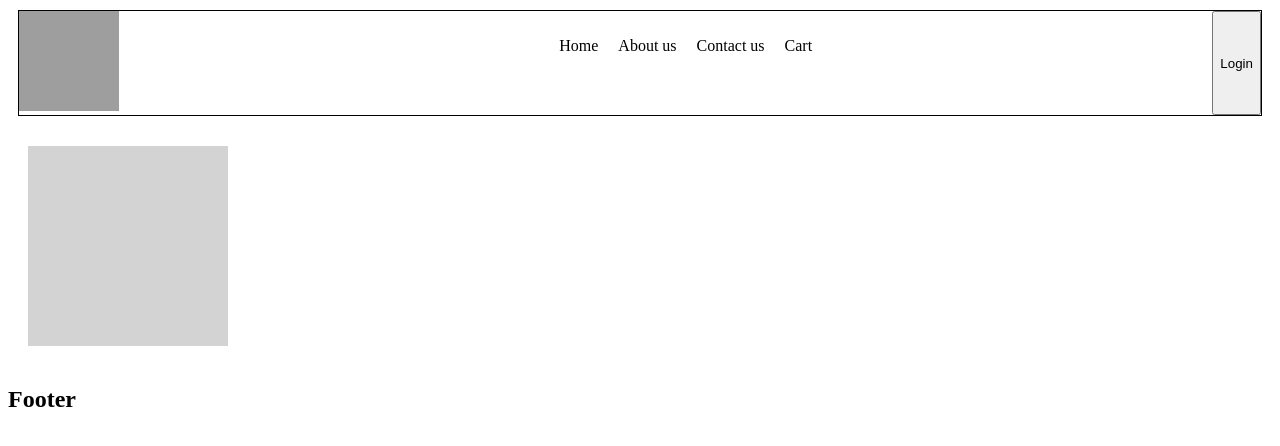
Repository: shivamv97/FOOD-VILLA-APP
Page: /
An editor plug-in stored every save of this project. The page is shown before and after the next save, followed by the edit.
The browser window is 1280 px wide. The pictures show the whole page.
Pictures or frames that could not be fetched are drawn as grey boxes. The page's requests for data from a server got no answer. The project was rebuilt for these pictures with package versions that can differ from the ones it lists, and the page was loaded fresh each time. No one was signed in, and anything a server would have sent is missing. Also part of the build but not shown: src/components/RestaurantCards.js.

Above is the page before, as saved 2024-08-02 19:04:43.

### index.html
<!DOCTYPE html>
<html lang="en">
  <head>
    <meta charset="UTF-8" />
    <meta name="viewport" content="width=device-width, initial-scale=1.0" />
    <title>Learning REACT</title>
    <link rel="stylesheet" href="style.css" />
  </head>
  <body>
    <div id="root">Not Rendered</div>
    <!-- <script
      crossorigin
      src="https://unpkg.com/react@18/umd/react.development.js"
    ></script>
    <script
      crossorigin
      src="https://unpkg.com/react-dom@18/umd/react-dom.development.js"
    ></script> -->
    <script type="module" src="src/App.js"></script>
  </body>
</html>

### style.css
.header {
  display: flex;
  justify-content: space-between;
  margin: 10px;
  border: 1px solid black;
}
.nav-items > ul {
  list-style-type: none;
  display: flex;
}

.nav-items > ul > li {
  padding: 10px;
}
.logo {
  width: 100px;
  height: 100px;
}

.card {
  width: 255px;
  border: 1px solid black;
  padding: 10px;
  margin: 10px;
  overflow-wrap: break-word;
}

.card > img {
  width: 100%;
}

.restaurant-list {
  display: flex;
  flex-wrap: wrap;
}

.shimmer-card {
  width: 200px;
  height: 200px;
  background: lightgrey;
  margin: 20px;
}

### src/App.js
import React from "react";
import ReactDOM from "react-dom/client";
import HeaderComponent from "./components/Title";
import Body from "./components/Body";
import Footer from "./components/Footer";

/*
Header
   -logo
   -Nav item(right side)
   -cart
Body
   -Search bar
   -RestrauntList
     -RestrauntCard
     -Image
     -Name
     -Ratings
     -Cusines
Footer
     -Links
     -Copyrigh
*/

const AppLayout = () => {
  return (
    <>
      <HeaderComponent />
      <Body />
      <Footer />
    </>
  );
};

const root = ReactDOM.createRoot(document.getElementById("root"));

root.render(<AppLayout />); //it will override children of div element

### src/components/Title.js
import { useState } from "react";

const LoggedInUser = () => {
  //API used for authentication
  return true;
};

const Title = () => (
  <a href="/ ">
    <img
      className="logo"
      alt="logo"
      src="https://encrypted-tbn0.gstatic.com/images?q=tbn:ANd9GcTJtFXKFKFoihdrJEvX4jBtXqfcO2kJ0KAlIg&s"
    />
  </a>
);

const HeaderComponent = () => {
  const [isLoggedIn, setisLoggedIn] = useState(false);
  return (
    <div className="header">
      <Title />
      <div className="nav-items">
        <ul>
          <li>Home</li>
          <li>About us</li>
          <li>Contact us</li>
          <li>Cart</li>
        </ul>
      </div>
      {isLoggedIn ? (
        <button onClick={() => setisLoggedIn(false)}>Logout</button>
      ) : (
        <button onClick={() => setisLoggedIn(true)}>Login</button>
      )}
    </div>
  );
};

export default HeaderComponent;

### src/components/Body.js
import { restaurantlist } from "../config";
import RestrauntCard from "./RestaurantCards";
import { useState, useEffect } from "react";
import Shimmer from "./shimmer";

function filterdata(searchText, restaurants) {
  return restaurants.filter((restaurant) =>
    restaurant.info.name.toLowerCase().includes(searchText.toLowerCase())
  );
}

const Body = () => {
  // const searchTxt = "KFC"; //for reference...(IN JS)
  const [AllRestaurants, setAllRestaurants] = useState([]);
  const [FilteredRestaurants, setFilteredRestaurants] = useState([]); //restaurantlist
  const [searchText, setsearchText] = useState(""); //To create state variable.......(IN REACT)
  // console.log("render()");

  useEffect(() => {
    //API call
    GetRestaurants();
  }, []);

  async function GetRestaurants() {
    const data = await fetch(
      "https://www.swiggy.com/dapi/restaurants/list/v5?lat=28.7040592&lng=77.10249019999999&collection=83667"
    );
    const json = await data.json();
    console.log(json);
    //you have to make change only in line 32,in cards[i],where i is keep changing in the above api link,try from 0-11
    //it's an config-driven UI,Hence,it's Grid Element position keeps on changing.......
    setAllRestaurants(
      json?.data?.cards[1]?.card?.card?.gridElements?.infoWithStyle?.restaurants
    );
    setFilteredRestaurants(
      json?.data?.cards[1]?.card?.card?.gridElements?.infoWithStyle?.restaurants
    );
  }

  console.log("render");

  //Don't render component(Early Return)
  // if (!AllRestaurants) return null;
  // if (FilteredRestaurants?.length === 0) return <h1>No Restaurants Found!</h1>;

  //Conditional rendering
  return AllRestaurants?.length == 0 ? (
    <Shimmer />
  ) : (
    <>
      <div className="search-box">
        <input
          type="text"
          className="search-input"
          placeholder="Search"
          value={searchText}
          onChange={(e) => {
            setsearchText(e.target.value);
          }}
        />
        <button
          className="search-btn"
          onClick={() => {
            //filter the data according to need
            const data = filterdata(searchText, AllRestaurants);
            setFilteredRestaurants(data);
            //need to update the state-restaurants
          }}
        >
          Search
        </button>
      </div>
      <div className="restaurant-list">
        {
          FilteredRestaurants.map((restaurant) => {
            return (
              <RestrauntCard key={restaurant.info.id} {...restaurant.info} />
            );
          })
          //H.W. => 1.PROPER PLACE FOR NO RESTAURANTS FOUND   2.SEARCH WENT OFF WHEN IT IS SHOWING NO RESTAURANTS FOUND..........
        }
      </div>
    </>
  );
};

export default Body;

### src/components/Footer.js
const Footer = () => {
  return <h2>Footer</h2>;
};

export default Footer;

### src/config.js
//PUT MY all Hard Coded File Here
export const Img_cdn_url =
  "https://media-assets.swiggy.com/swiggy/image/upload/fl_lossy,f_auto,q_auto,w_660/";

//Config Driven UI
export const restaurantlist = [
  //public API of Swiggy
  {
    "@type": "type.googleapis.com/swiggy.presentation.food.v2.Restaurant",
    info: {
      id: "8561",
      name: "Mughlai Junction",
      cloudinaryImageId: "tnl2yuuxi8zjbgru6iqj",
      locality: "Connaught Place",
      areaName: "Connaught Place",
      costForTwo: "₹600 for two",
      cuisines: ["Mughlai", "North Indian", "Tandoor"],
      avgRating: 4.3,
      parentId: "5354",
      avgRatingString: "4.3",
      totalRatingsString: "10K+",
      promoted: true,
      adTrackingId:
        "cid=15007607~p=0~adgrpid=15007607#ag1~mp=SWIGGY_IN~bl=FOOD~aet=RESTAURANT~aeid=8561~eid=321f01bc-98c6-405c-89d6-b18422bb8f70~srvts=1721229990431~collid=83639",
      sla: {
        deliveryTime: 37,
        lastMileTravel: 4.8,
        serviceability: "SERVICEABLE",
        slaString: "35-40 mins",
        lastMileTravelString: "4.8 km",
        iconType: "ICON_TYPE_EMPTY",
      },
      availability: {
        nextCloseTime: "2024-07-17 23:00:00",
        opened: true,
      },
      badges: {},
      isOpen: true,
      type: "F",
      badgesV2: {
        entityBadges: {
          textExtendedBadges: {},
          textBased: {},
          imageBased: {},
        },
      },
      aggregatedDiscountInfoV3: {
        header: "10% OFF",
        subHeader: "UPTO ₹35",
      },
      orderabilityCommunication: {
        title: {},
        subTitle: {},
        message: {},
        customIcon: {},
      },
      differentiatedUi: {
        displayType: "ADS_UI_DISPLAY_TYPE_ENUM_DEFAULT",
        differentiatedUiMediaDetails: {
          mediaType: "ADS_MEDIA_ENUM_IMAGE",
          lottie: {},
          video: {},
        },
      },
      reviewsSummary: {},
      displayType: "RESTAURANT_DISPLAY_TYPE_DEFAULT",
      restaurantOfferPresentationInfo: {},
      externalRatings: {
        aggregatedRating: {
          rating: "4.4",
          ratingCount: "1K+",
        },
        source: "GOOGLE",
        sourceIconImageId: "v1704440323/google_ratings/rating_google_tag",
      },
      ratingsDisplayPreference: "RATINGS_DISPLAY_PREFERENCE_SHOW_SWIGGY",
    },
    analytics: {},
    cta: {
      link: "swiggy://menu?restaurant_id=8561&source=collection&query=Biryani",
      text: "RESTAURANT_MENU",
      type: "DEEPLINK",
    },
    widgetId: "collectionV5RestaurantListWidget_SimRestoRelevance_food",
  },

  {
    "@type": "type.googleapis.com/swiggy.presentation.food.v2.Restaurant",
    info: {
      id: "817359",
      name: "Zahra Restaurant & Cafe",
      cloudinaryImageId: "asaqtuuszx7hzmxpnfpo",
      locality: "Old Delhi",
      areaName: "Old Delhi",
      costForTwo: "₹300 for two",
      cuisines: ["Indian", "Tandoor", "Kebabs", "Snacks", "Biryani"],
      avgRating: 4.3,
      parentId: "229129",
      avgRatingString: "4.3",
      totalRatingsString: "100+",
      sla: {
        deliveryTime: 29,
        lastMileTravel: 1.3,
        serviceability: "SERVICEABLE",
        slaString: "25-30 mins",
        lastMileTravelString: "1.3 km",
        iconType: "ICON_TYPE_EMPTY",
      },
      availability: {
        nextCloseTime: "2024-07-17 22:59:00",
        opened: true,
      },
      badges: {},
      isOpen: true,
      type: "F",
      badgesV2: {
        entityBadges: {
          textExtendedBadges: {},
          textBased: {},
          imageBased: {},
        },
      },
      aggregatedDiscountInfoV3: {
        header: "50% OFF",
        subHeader: "UPTO ₹100",
      },
      orderabilityCommunication: {
        title: {},
        subTitle: {},
        message: {},
        customIcon: {},
      },
      differentiatedUi: {
        displayType: "ADS_UI_DISPLAY_TYPE_ENUM_DEFAULT",
        differentiatedUiMediaDetails: {
          mediaType: "ADS_MEDIA_ENUM_IMAGE",
          lottie: {},
          video: {},
        },
      },
      reviewsSummary: {},
      displayType: "RESTAURANT_DISPLAY_TYPE_DEFAULT",
      restaurantOfferPresentationInfo: {},
      externalRatings: {
        aggregatedRating: {
          rating: "--",
        },
      },
      ratingsDisplayPreference: "RATINGS_DISPLAY_PREFERENCE_SHOW_SWIGGY",
    },
    analytics: {},
    cta: {
      link: "swiggy://menu?restaurant_id=817359&source=collection&query=Biryani",
      text: "RESTAURANT_MENU",
      type: "DEEPLINK",
    },
    widgetId: "collectionV5RestaurantListWidget_SimRestoRelevance_food",
  },

  {
    "@type": "type.googleapis.com/swiggy.presentation.food.v2.Restaurant",
    info: {
      id: "81523",
      name: "Amma Mess",
      cloudinaryImageId: "a09jpzja1zusso85bbmz",
      locality: "Karol Bagh",
      areaName: "Karol Bagh",
      costForTwo: "₹300 for two",
      cuisines: ["South Indian"],
      avgRating: 4.5,
      parentId: "15687",
      avgRatingString: "4.5",
      totalRatingsString: "10K+",
      promoted: true,
      adTrackingId:
        "cid=15010070~p=1~adgrpid=15010070#ag1~mp=SWIGGY_IN~bl=FOOD~aet=RESTAURANT~aeid=81523~eid=b2807d99-426d-4265-8bac-9448c8101a5f~srvts=1721229990431~collid=83639",
      sla: {
        deliveryTime: 37,
        lastMileTravel: 6.3,
        serviceability: "SERVICEABLE",
        slaString: "35-40 mins",
        lastMileTravelString: "6.3 km",
        iconType: "ICON_TYPE_EMPTY",
      },
      availability: {
        nextCloseTime: "2024-07-17 22:30:00",
        opened: true,
      },
      badges: {},
      isOpen: true,
      aggregatedDiscountInfoV2: {},
      type: "F",
      badgesV2: {
        entityBadges: {
          textBased: {},
          imageBased: {},
          textExtendedBadges: {},
        },
      },
      orderabilityCommunication: {
        title: {},
        subTitle: {},
        message: {},
        customIcon: {},
      },
      differentiatedUi: {
        displayType: "ADS_UI_DISPLAY_TYPE_ENUM_DEFAULT",
        differentiatedUiMediaDetails: {
          mediaType: "ADS_MEDIA_ENUM_IMAGE",
          lottie: {},
          video: {},
        },
      },
      reviewsSummary: {},
      displayType: "RESTAURANT_DISPLAY_TYPE_DEFAULT",
      restaurantOfferPresentationInfo: {},
      externalRatings: {
        aggregatedRating: {
          rating: "4.2",
          ratingCount: "1K+",
        },
        source: "GOOGLE",
        sourceIconImageId: "v1704440323/google_ratings/rating_google_tag",
      },
      ratingsDisplayPreference: "RATINGS_DISPLAY_PREFERENCE_SHOW_SWIGGY",
    },
    analytics: {},
    cta: {
      link: "swiggy://menu?restaurant_id=81523&source=collection&query=Biryani",
      text: "RESTAURANT_MENU",
      type: "DEEPLINK",
    },
    widgetId: "collectionV5RestaurantListWidget_SimRestoRelevance_food",
  },

  {
    "@type": "type.googleapis.com/swiggy.presentation.food.v2.Restaurant",
    info: {
      id: "144716",
      name: "Mughlai Invitation",
      cloudinaryImageId: "a4530760ed2ff35b487605618cc6dc45",
      areaName: "Chandni Chowk",
      costForTwo: "₹200 for two",
      cuisines: ["Indian", "Mughlai", "Biryani", "Sweets"],
      avgRating: 4.6,
      parentId: "141076",
      avgRatingString: "4.6",
      totalRatingsString: "100+",
      sla: {
        deliveryTime: 30,
        lastMileTravel: 1.5,
        serviceability: "SERVICEABLE",
        slaString: "30-35 mins",
        lastMileTravelString: "1.5 km",
        iconType: "ICON_TYPE_EMPTY",
      },
      availability: {
        nextCloseTime: "2024-07-17 22:59:00",
        opened: true,
      },
      badges: {},
      isOpen: true,
      aggregatedDiscountInfoV2: {},
      type: "F",
      badgesV2: {
        entityBadges: {
          textExtendedBadges: {},
          textBased: {},
          imageBased: {},
        },
      },
      orderabilityCommunication: {
        title: {},
        subTitle: {},
        message: {},
        customIcon: {},
      },
      differentiatedUi: {
        displayType: "ADS_UI_DISPLAY_TYPE_ENUM_DEFAULT",
        differentiatedUiMediaDetails: {
          mediaType: "ADS_MEDIA_ENUM_IMAGE",
          lottie: {},
          video: {},
        },
      },
      reviewsSummary: {},
      displayType: "RESTAURANT_DISPLAY_TYPE_DEFAULT",
      restaurantOfferPresentationInfo: {},
      externalRatings: {
        aggregatedRating: {
          rating: "4.8",
          ratingCount: "100+",
        },
        source: "GOOGLE",
        sourceIconImageId: "v1704440323/google_ratings/rating_google_tag",
      },
      ratingsDisplayPreference: "RATINGS_DISPLAY_PREFERENCE_SHOW_SWIGGY",
    },
    analytics: {},
    cta: {
      link: "swiggy://menu?restaurant_id=144716&source=collection&query=Biryani",
      text: "RESTAURANT_MENU",
      type: "DEEPLINK",
    },
    widgetId: "collectionV5RestaurantListWidget_SimRestoRelevance_food",
  },

  {
    "@type": "type.googleapis.com/swiggy.presentation.food.v2.Restaurant",
    info: {
      id: "64321",
      name: "Southern Masala",
      cloudinaryImageId: "14527e27a298304dd07904f777372cb5",
      locality: "Karol Bagh",
      areaName: "Karol Bagh",
      costForTwo: "₹350 for two",
      cuisines: ["Andhra", "Biryani", "South Indian", "Thalis"],
      avgRating: 3.9,
      parentId: "17286",
      avgRatingString: "3.9",
      totalRatingsString: "1K+",
      promoted: true,
      adTrackingId:
        "cid=15472783~p=2~adgrpid=15472783#ag1~mp=SWIGGY_IN~bl=FOOD~aet=RESTAURANT~aeid=64321~eid=785e1ed6-7474-46a2-ba9f-4a9325d5fabc~srvts=1721229990431~collid=83639",
      sla: {
        deliveryTime: 38,
        lastMileTravel: 5,
        serviceability: "SERVICEABLE",
        slaString: "35-40 mins",
        lastMileTravelString: "5.0 km",
        iconType: "ICON_TYPE_EMPTY",
      },
      availability: {
        nextCloseTime: "2024-07-17 22:00:00",
        opened: true,
      },
      badges: {},
      isOpen: true,
      type: "F",
      badgesV2: {
        entityBadges: {
          textBased: {},
          imageBased: {},
          textExtendedBadges: {},
        },
      },
      aggregatedDiscountInfoV3: {
        header: "₹125 OFF",
        subHeader: "ABOVE ₹199",
        discountTag: "FLAT DEAL",
      },
      orderabilityCommunication: {
        title: {},
        subTitle: {},
        message: {},
        customIcon: {},
      },
      differentiatedUi: {
        displayType: "ADS_UI_DISPLAY_TYPE_ENUM_DEFAULT",
        differentiatedUiMediaDetails: {
          mediaType: "ADS_MEDIA_ENUM_IMAGE",
          lottie: {},
          video: {},
        },
      },
      reviewsSummary: {},
      displayType: "RESTAURANT_DISPLAY_TYPE_DEFAULT",
      restaurantOfferPresentationInfo: {},
      externalRatings: {
        aggregatedRating: {
          rating: "4.1",
          ratingCount: "100+",
        },
        source: "GOOGLE",
        sourceIconImageId: "v1704440323/google_ratings/rating_google_tag",
      },
      ratingsDisplayPreference: "RATINGS_DISPLAY_PREFERENCE_SHOW_SWIGGY",
    },
    analytics: {},
    cta: {
      link: "swiggy://menu?restaurant_id=64321&source=collection&query=Biryani",
      text: "RESTAURANT_MENU",
      type: "DEEPLINK",
    },
    widgetId: "collectionV5RestaurantListWidget_SimRestoRelevance_food",
  },
];

### src/components/shimmer.js
const Shimmer = () => {
  return (
    <div className="restaurant-list">
      <div className="shimmer-card"></div>
    </div>
  );
};

export default Shimmer;

After the next save:
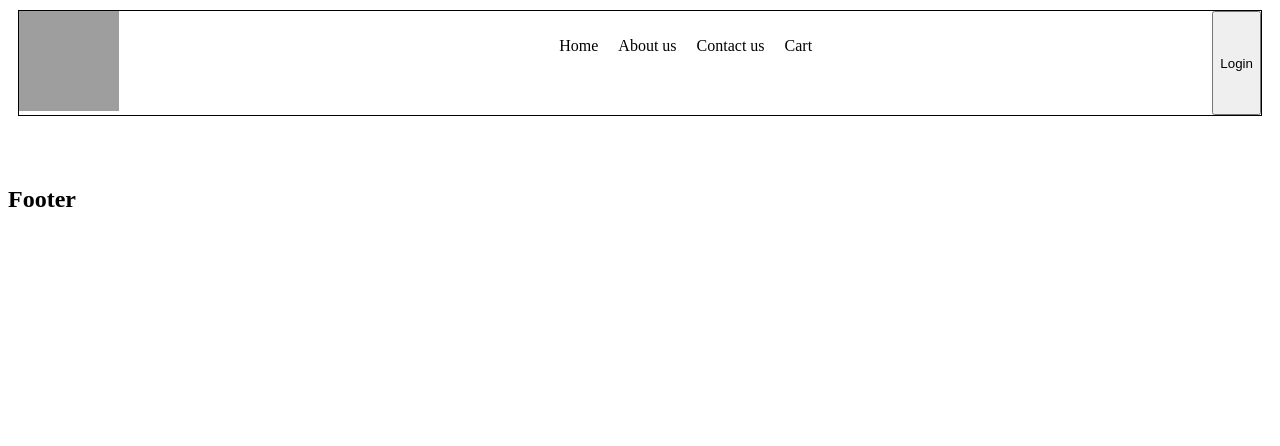
Saved 87 s later.
--- a/style.css
+++ b/style.css
@@ -36,7 +36,6 @@
 
 .shimmer-card {
   width: 200px;
-  height: 200px;
   background: lightgrey;
   margin: 20px;
 }

After the save that followed:
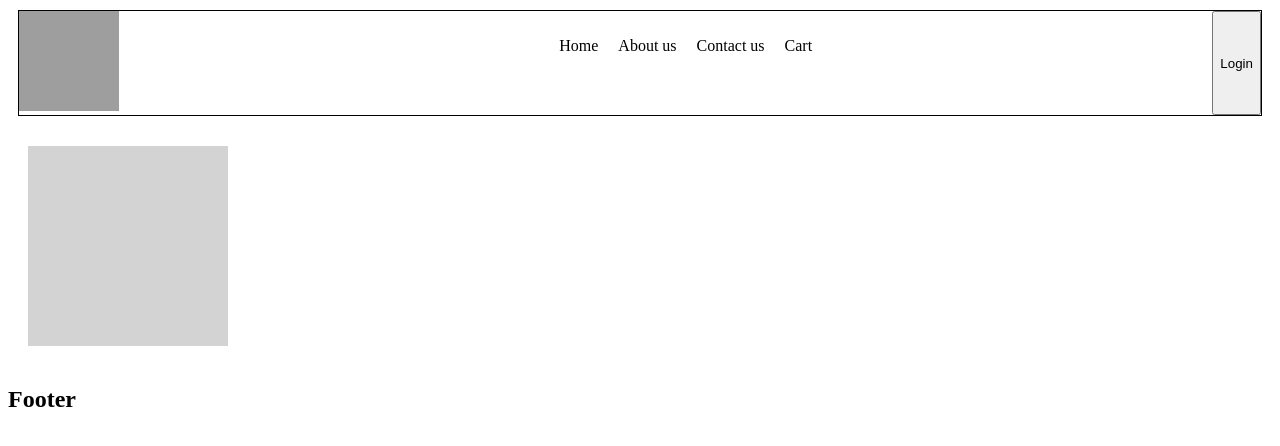
Saved 4 min 13 s later.
--- a/style.css
+++ b/style.css
@@ -36,6 +36,7 @@
 
 .shimmer-card {
   width: 200px;
+  height: 200px;
   background: lightgrey;
   margin: 20px;
 }
